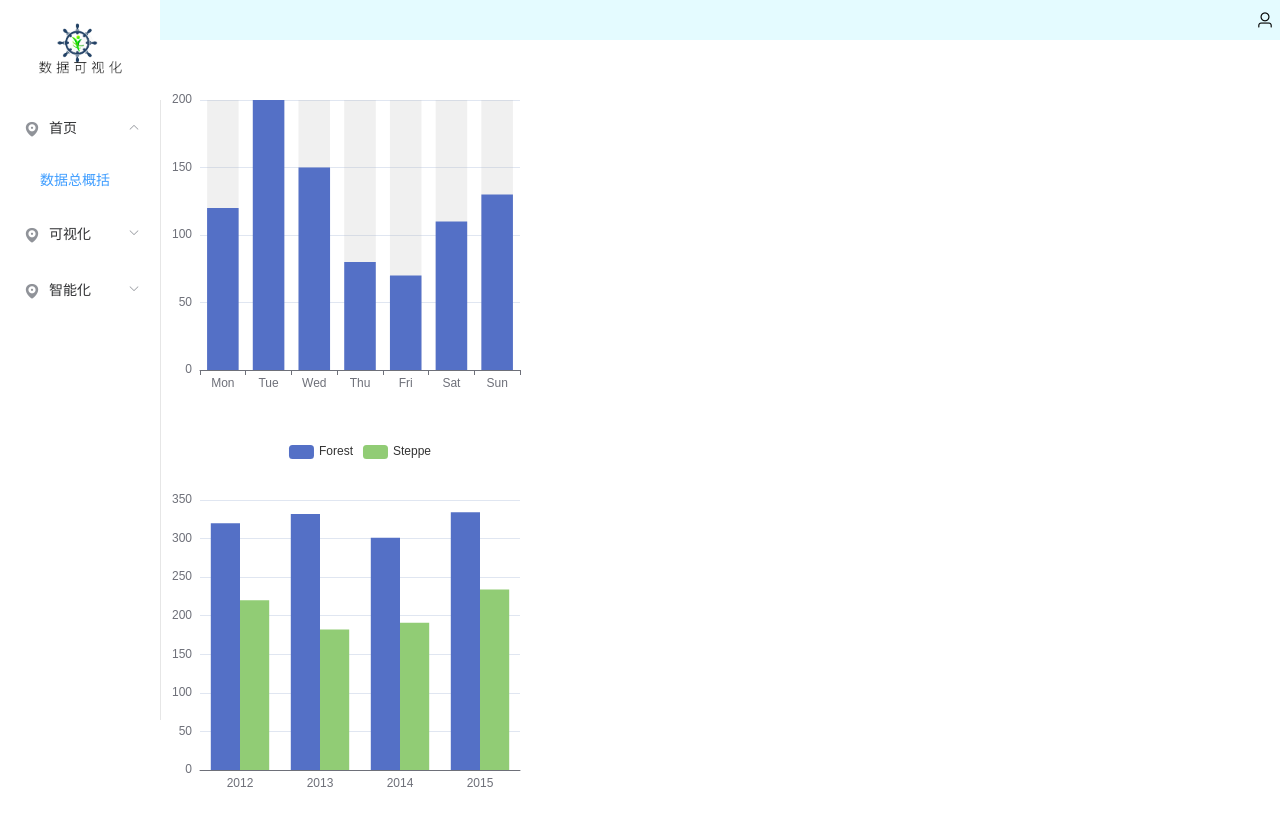
Repository: FoSuCloud/lianjia-vue
Page: /#/home/list
The author's editor kept a copy of each file at every save. The page is drawn from the files as they stood at one save, then again after the next save.
The browser window is 1280 px wide. The pictures show the whole page.
The project was rebuilt for these pictures with package versions that can differ from the ones it lists, and the page was loaded fresh each time. Also part of the build but not shown: vue.config.js.

Above is the page before, as saved 2021-03-27 21:46:23.

After the next save:
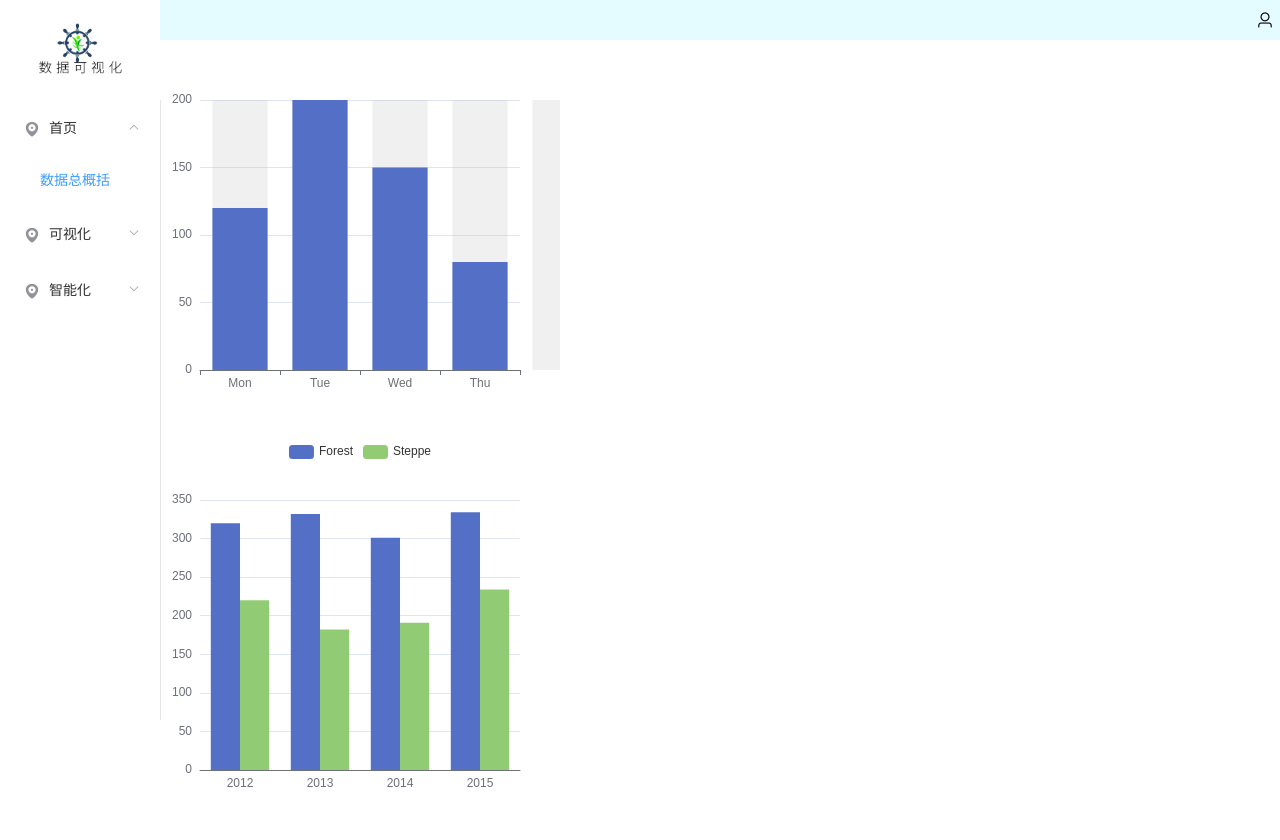
Saved 26 s later.
--- a/src/views/home/Home.vue
+++ b/src/views/home/Home.vue
@@ -23,8 +23,7 @@ export default {
           },
         },
         xAxis: {
-          type: "category",
-          data: ["Mon", "Tue", "Wed", "Thu", "Fri", "Sat", "Sun"],
+          data: ["Mon", "Tue", "Wed", "Thu"],
         },
         yAxis: {
           type: "value",
